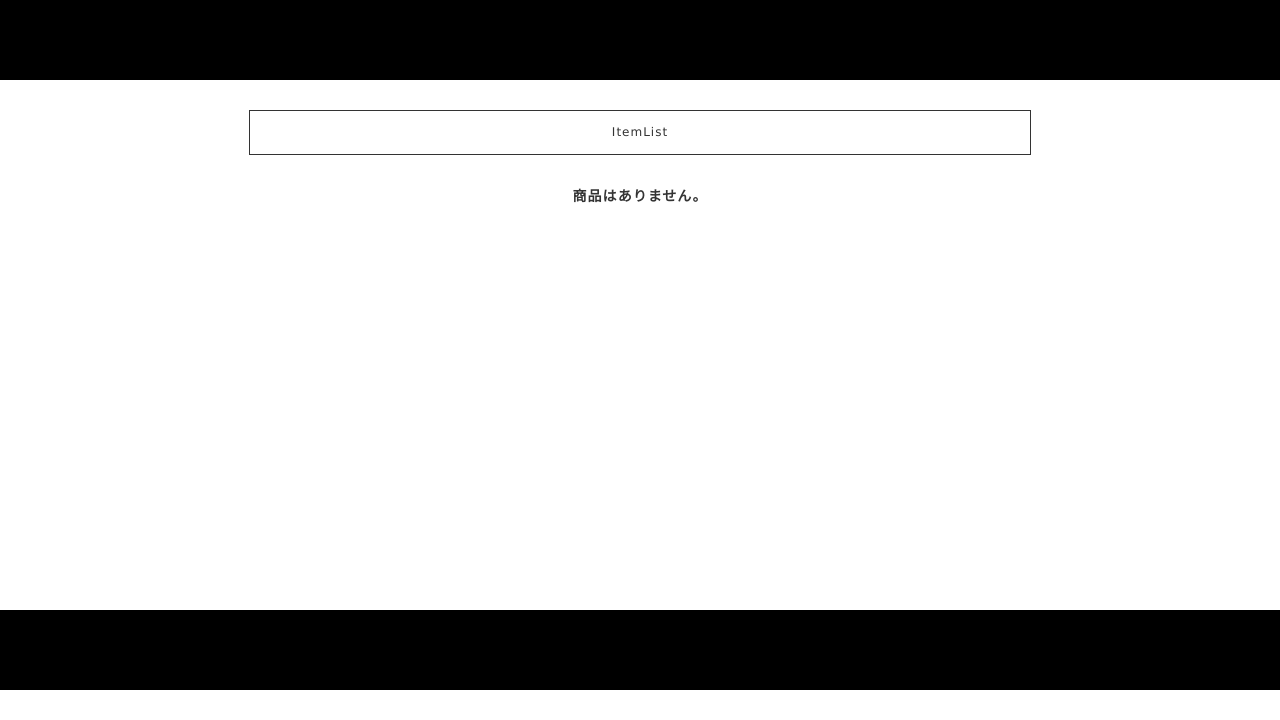
Repository: user-yo-yo/test
Page: http://localhost/ecsite/itemList.jsp
These files come from the project's save history. The page is drawn as it stood at one moment and after a run of saves; the edit follows.
The browser window is 1280 px wide. The pictures show the whole page.
The page is served by Tomcat 9.

Above is the page before, as saved 2019-03-13 08:43:56.

After the next 2 saves:
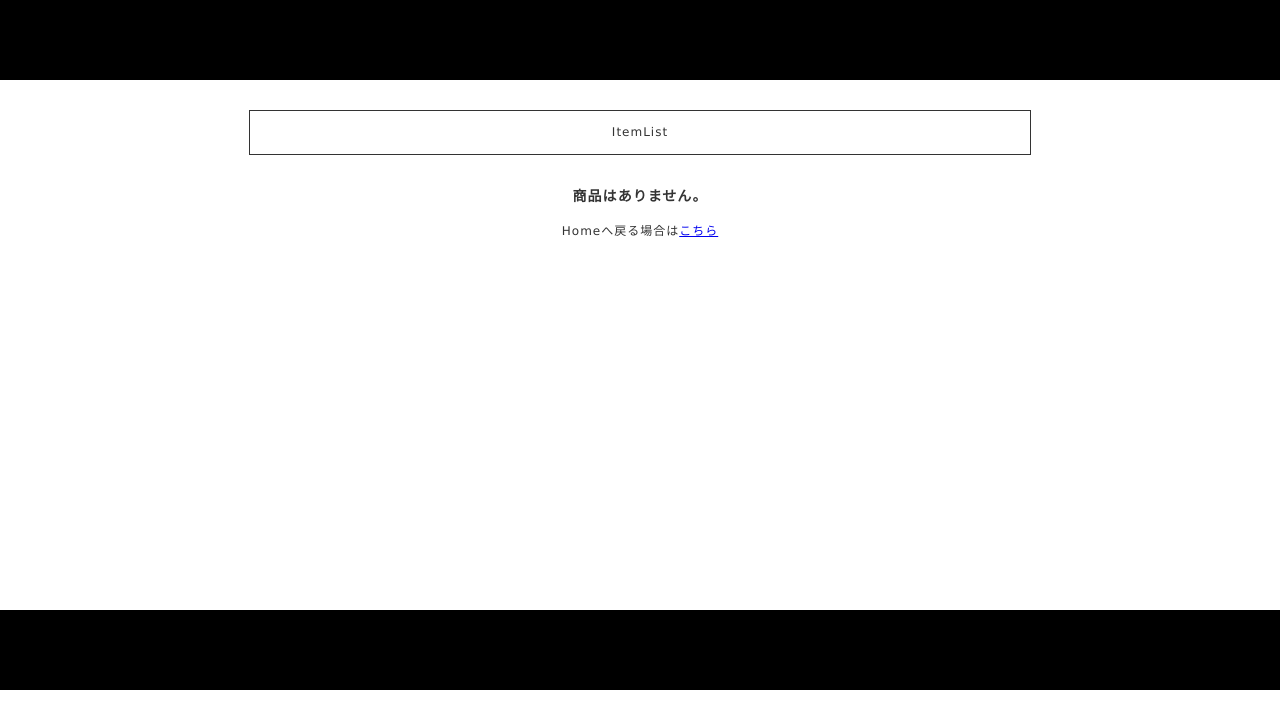
The 2 saves are shown as one change because 1 did not build or start.
The last was saved 4 min 21 s later.
--- a/ecsite/WebContent/itemList.jsp
+++ b/ecsite/WebContent/itemList.jsp
@@ -98,7 +98,17 @@
 						</tr>
 					</s:iterator>
 				</table>
+				<s:form action="ItemListAction">
+					<input type="hidden" name="deleteFlg" value="1">
+					<s:submit value="削除" method="delete" />
+				</s:form>
 			</s:elseif>
+			<s:if test="message != bull">
+				<h3><s:property value="message" /></h3>
+			</s:if>
+			<div id="text-right">
+				<p>Homeへ戻る場合は<a href='<s:url action="GoHomeAction" />'>こちら</a></p>
+			</div>
 		</div>
 	</div>
 
